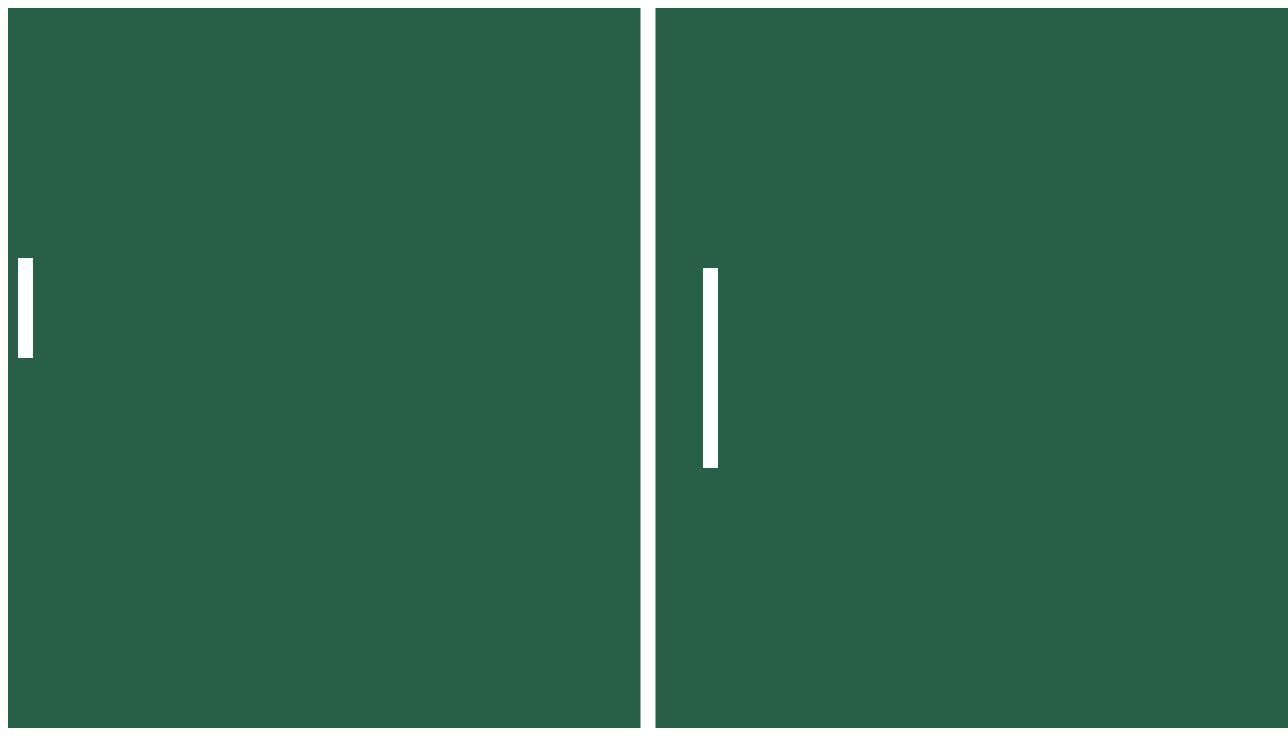
Repository: luizgaivaa/Game
Page: index.html
The author's editor kept a copy of each file at every save. The page is drawn from the files as they stood at one save, then again after a run of saves.
The browser window is 1280 px wide. The page is 1288 px wide, so the pictures cover 1288 px, including what lies to the right of the window. The pictures show the whole page.

Above is the page before, as saved 2024-03-26 16:16:13.

### index.html
<!DOCTYPE html>
<html lang="en">
<head>
    <meta charset="UTF-8">
    <meta name="viewport" content="width=device-width, initial-scale=1.0">
    <title>Ping_pong</title>
</head>
<body>
    <canvas></canvas>
        <script>
               const canvasEl = document.querySelector("canvas")
        const canvasCtx = canvasEl.getContext("2d")

        const lineWidth = 15
        function setup(){
            canvasEl.width = canvasCtx.width = window.innerWidth
            canvasEl.height = canvasCtx.height = window.innerHeight
        }

        function draw (){
            canvasCtx.fillStyle = "#286047"
            canvasCtx.fillRect(0,0, window.innerWidth, window.innerHeight)

            canvasCtx.fillStyle = "#ffffff"
            const x= window.innerWidth /2 - lineWidth /2
            const y = 0
            const w = lineWidth
            const h = window.innerHeight

            canvasCtx.fillRect(x,y,w,h)
            //raquete esquerda
            canvasCtx.fillRect(10,250,lineWidth,100)

            //raquete direita
            canvasCtx.fillRect(window.innerHeight - lineWidth - 10, 260, lineWidth, 200)




        }
        setup()
        draw()
        </script>


</body>
</html>

After the next 4 saves:
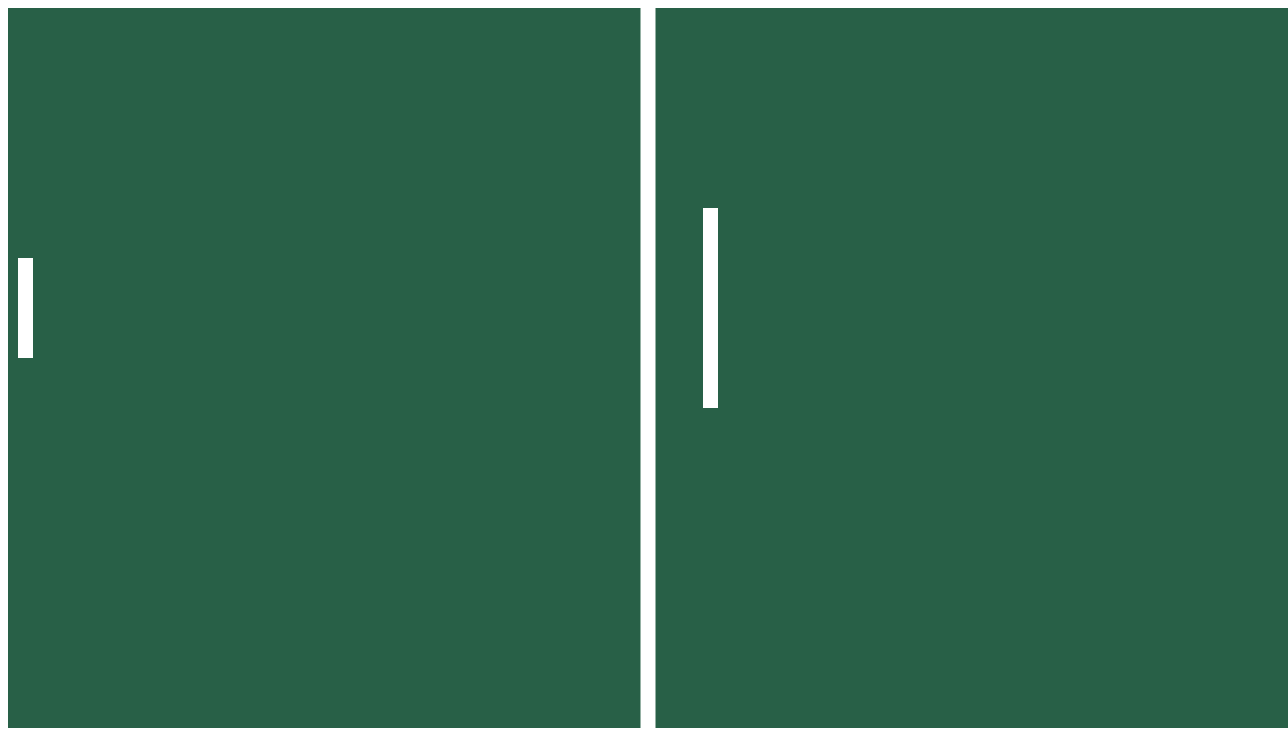
The 4 saves are shown as one change because they came seconds apart.
The last was saved 36 s later.
--- a/index.html
+++ b/index.html
@@ -32,7 +32,7 @@
             canvasCtx.fillRect(10,250,lineWidth,100)
 
             //raquete direita
-            canvasCtx.fillRect(window.innerHeight - lineWidth - 10, 260, lineWidth, 200)
+            canvasCtx.fillRect(window.innerHeight - lineWidth - 10, 200, lineWidth, 200)
 
 
 
